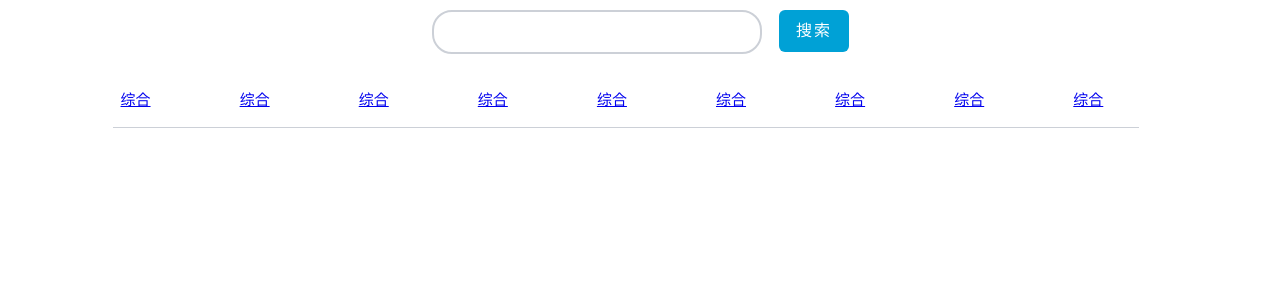
Repository: red-code-yl/web-project
Page: doc/food.html
An editor plug-in stored every save of this project. The page is shown before and after the next save, followed by the edit.
The browser window is 1280 px wide. The pictures show the whole page.

Above is the page before, as saved 2020-06-17 20:45:42.

### doc/food.html
<!DOCTYPE html>
<html lang="en">
<head>
    <meta charset="UTF-8">
    <meta name="viewport" content="width=device-width, initial-scale=1.0">
    <title>美食</title>
    <link  rel="stylesheet"   href="../css/food.css" />
</head>
<body>
    <div id="search" class="search">
        <div class="contain">
            <div class="head-contain">
                <div class="search-top">
                    <div class="search-block">
                        <div class="search-input">
                            <input id="search-keyword" type="text" maxlength="100" autocomplete="off">
                        </div>
                        <div class="search-button">
                            <span class="search-text">搜索</span>
                        </div>

                    </div>
                </div>
                <div class="navigator">
                    <div class="nav-1">
                        <div class="fenlei">
                            <ul class="fenlei-list">
                                <li class="fenlei-list-1" style="height: 56px;line-height: 56px;width: 11.11%;">
                                    <a href="#">综合</a>
                                    <span></span>
                                </li>
                                <li class="fenlei-list-1" style="height: 56px;line-height: 56px;width: 11.11%;">
                                    <a href="#">综合</a>
                                    <span></span>
                                </li>
                                <li class="fenlei-list-1" style="height: 56px;line-height: 56px;width: 11.11%;">
                                    <a href="#">综合</a>
                                    <span></span>
                                </li>
                                <li class="fenlei-list-1" style="height: 56px;line-height: 56px;width: 11.11%;">
                                    <a href="#">综合</a>
                                    <span></span>
                                </li>
                                <li class="fenlei-list-1" style="height: 56px;line-height: 56px;width: 11.11%;">
                                    <a href="#">综合</a>
                                    <span></span>
                                </li>
                                <li class="fenlei-list-1" style="height: 56px;line-height: 56px;width: 11.11%;">
                                    <a href="#">综合</a>
                                    <span></span>
                                </li>
                                <li class="fenlei-list-1" style="height: 56px;line-height: 56px;width: 11.11%;">
                                    <a href="#">综合</a>
                                    <span></span>
                                </li>
                                <li class="fenlei-list-1" style="height: 56px;line-height: 56px;width: 11.11%;">
                                    <a href="#">综合</a>
                                    <span></span>
                                </li>
                                <li class="fenlei-list-1" style="height: 56px;line-height: 56px;width: 11.11%;">
                                    <a href="#">综合</a>
                                    <span></span>
                                </li>
                            </ul>
                        </div>
                    </div>
                </div>
            </div>
            <div class="body-contain"></div>
        </div>
    </div>
</body>
</html>

### css/food.css
.contain{
    width: 980px;
    margin: 0 auto;
}
* {
    padding: 0;
    margin: 0;
}
div{
    display: block;
}
.head-contain{
    padding-top: 10px;
}
.search-top{
    width: 430px;
    margin-left: 282px;
}
.search-block{
    height: 44px;
    margin: 0 auto;
    position: relative;
    width: 587px;
}
.search-input{
    position: relative;
    background: #fff;
    border-radius: 4px;
    float: left;
    width: 330px;
    margin-right: 10px;
}
input{
    height: 18px;
    box-shadow: none;
    padding: 11px 15px;
    background: transparent;
    width: 296px;
    border: 2px solid #ccd0d7;
    border-radius: 20px;
    font-size: 16px;
    color: #222;
}
.search-button{
    margin-left: 7px;
    cursor: pointer;
    float: left;
    color: #fff;
    width: 70px;
    background-color: #00a1d6;
    font-size: 16px;
    letter-spacing: 2px;
    line-height: 42px;
    text-align: center;
    border-radius: 6px;
}
.navigator{
    overflow: hidden;
    margin-top: 18px;
    margin-left: -37px;
    margin-right: -9px;


}
.nav-1{
    margin-left: -37px;
    margin-right: -9px;
    overflow: hidden;
    position: relative;
}
.fenlei{
    position: relative;
    font-size: 0;
    z-index: 1;
    white-space: nowrap;
    flex-grow: 1;
}
.fenlei-list-1{
    border-bottom: 1px solid #ccd0d7;
    box-sizing: border-box;
    display: inline-block;
    text-align: center;
    font-size: 15px;
    color: #657786;
    vertical-align: middle;
    white-space: nowrap;
}
.li{
    margin: 0;
    padding: 0;
    list-style: none;
}
a{

}

After the next save:
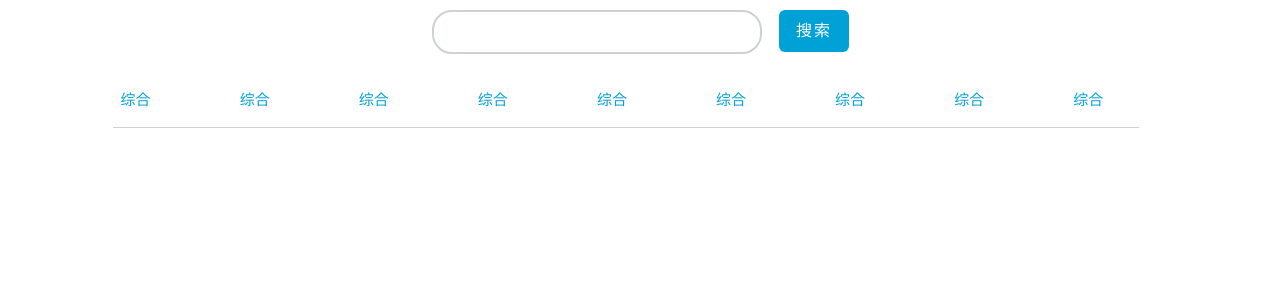
Saved 11 s later.
--- a/css/food.css
+++ b/css/food.css
@@ -91,5 +91,9 @@ input{
     list-style: none;
 }
 a{
-
+    text-decoration: none;
+    outline: 0;
+    color: #00a1d6;
+    cursor: pointer;
 }
+}
